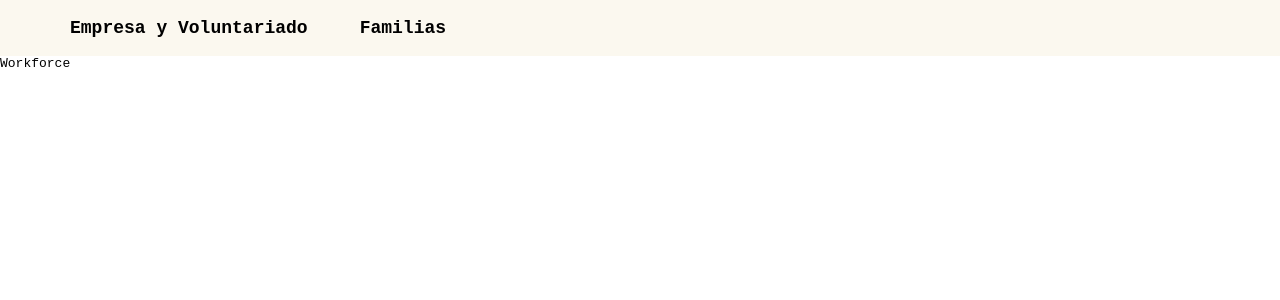
Repository: Synergy-club/reconstruction
Page: /
An editor plug-in stored every save of this project. The page is shown before and after the next save, followed by the edit.
The browser window is 1280 px wide. The pictures show the whole page.
The project was rebuilt for these pictures with package versions that can differ from the ones it lists, and the page was loaded fresh each time. Also part of the build but not shown: vite.config.js, src/views/Families/Families.jsx.

Above is the page before, as saved 2024-12-10 01:25:39.

After the next save:
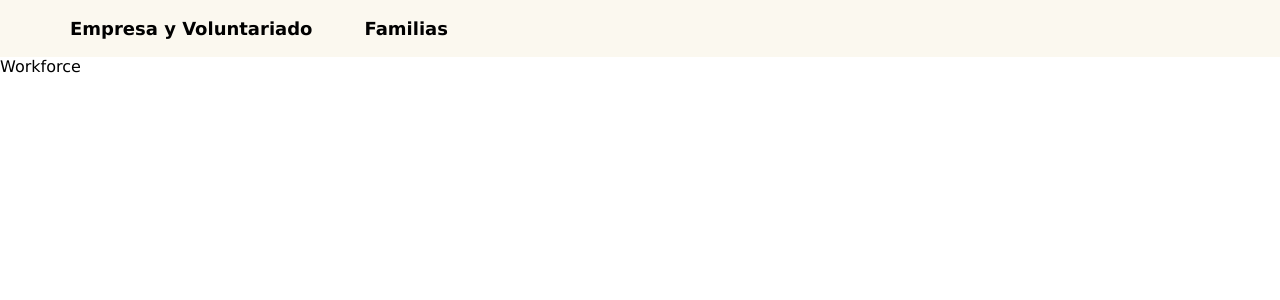
Saved 9 s later.
--- a/src/assets/global-style/style.css
+++ b/src/assets/global-style/style.css
@@ -33,7 +33,7 @@
   margin: 0;
   padding: 0;
   box-sizing: border-box;
-  font-family:monospace;
+  font-family:Verdana, Geneva, Tahoma, sans-serif;
 }
 
 html {
